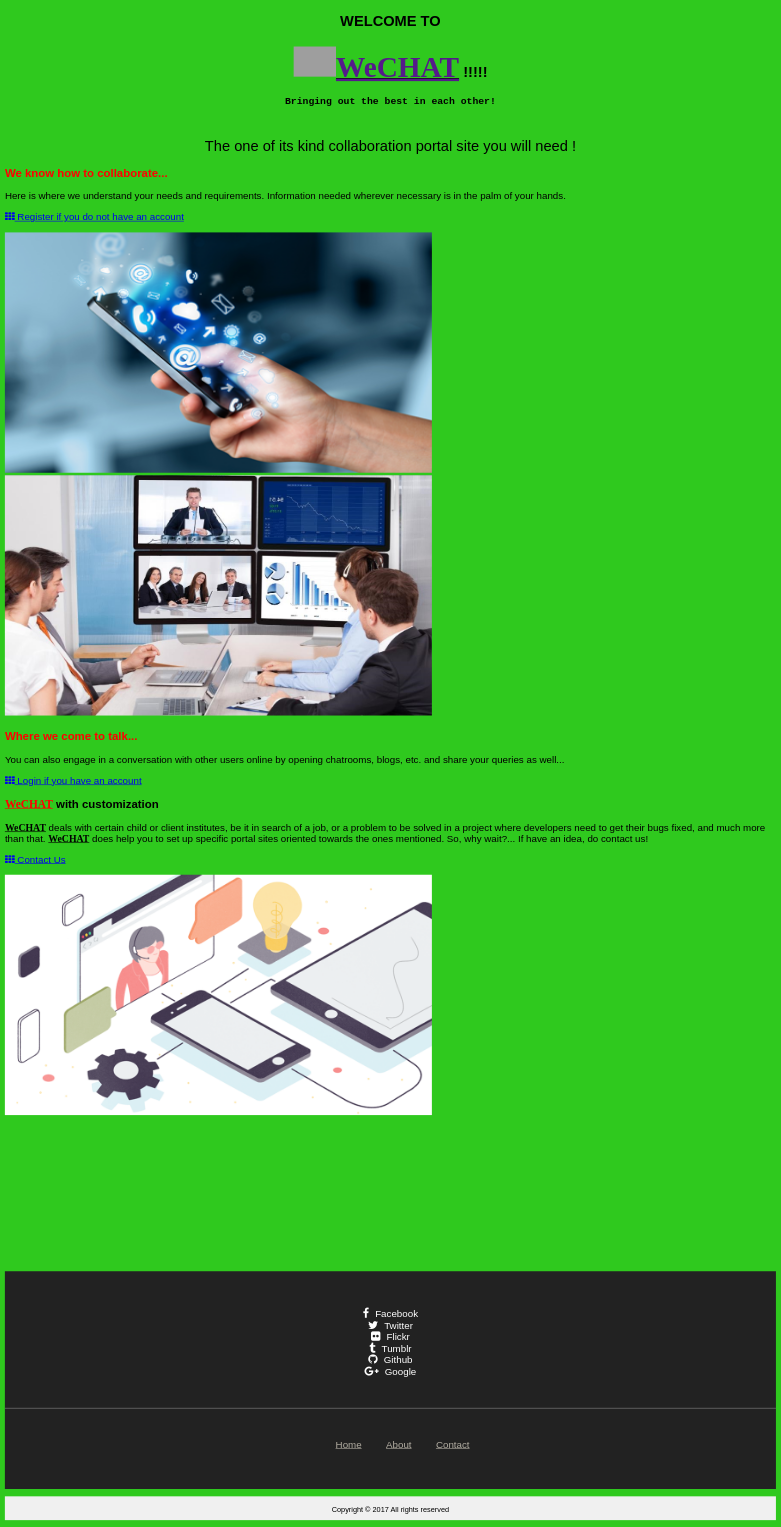
Repository: Safna93/Collaboration-Portal
Page: Till Friend module/Collaboration/WeChatFrontend/WebContent/views/home.html
An editor plug-in stored every save of this project. The page is shown before and after the next save, followed by the edit.
The browser window is 1280 px wide. The pictures show the whole page, at 61% of full size.
Pictures or frames that could not be fetched are drawn as grey boxes. Some web fonts or font styles are not loaded; a fallback is used. Some web libraries are served in a nearby version.

Above is the page before, as saved 2017-09-06 18:01:31.

After the next save:
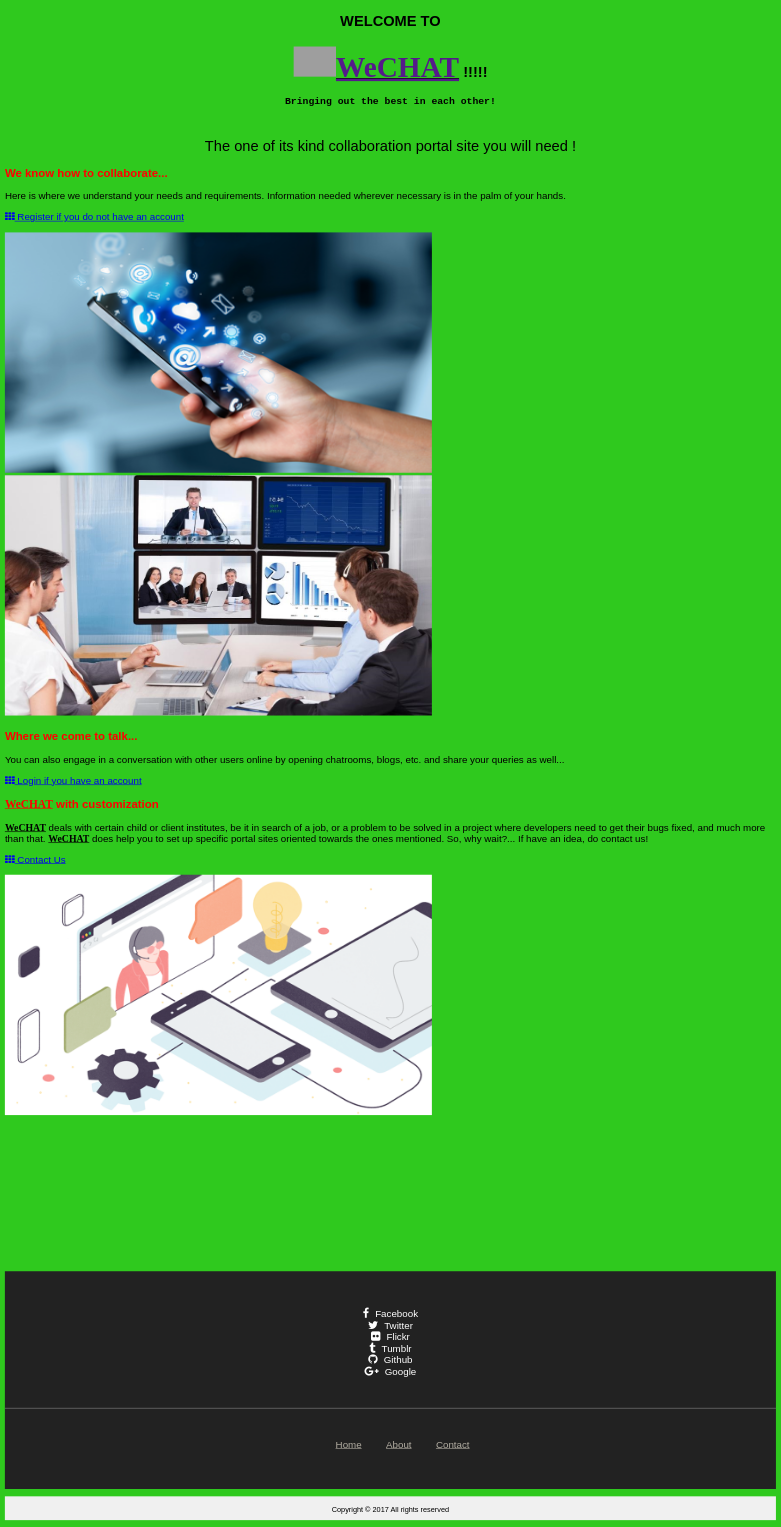
Saved 72 s later.
--- a/Till Friend module/Collaboration/WeChatFrontend/WebContent/views/home.html
+++ b/Till Friend module/Collaboration/WeChatFrontend/WebContent/views/home.html
@@ -62,7 +62,7 @@
   <div class="w3-row-padding">
 
     <div class="w3-col m6">
-      <h3><strong><font face="stencil" color="red"><u>WeCHAT</u></font> with customization</strong></h3>
+      <h3><strong><font face="stencil" color="red"><u>WeCHAT</u></font> <font color="red">with customization</font></strong></h3>
       <p><strong><font face="stencil" ><u>WeCHAT</u></font></strong> deals with certain child or client institutes, be it in search of a job, or a problem to be solved in a project where developers need to get their bugs fixed, and much more than that. <strong><font face="stencil" ><u>WeCHAT</u></font></strong> does help you to set up specific portal sites oriented towards the ones mentioned. So, why wait?... If have an idea, do contact us!</p>
       <p><a href="#/contactus" class="w3-btn"><i class="fa fa-th"></i> Contact Us </a></p>
     </div>
